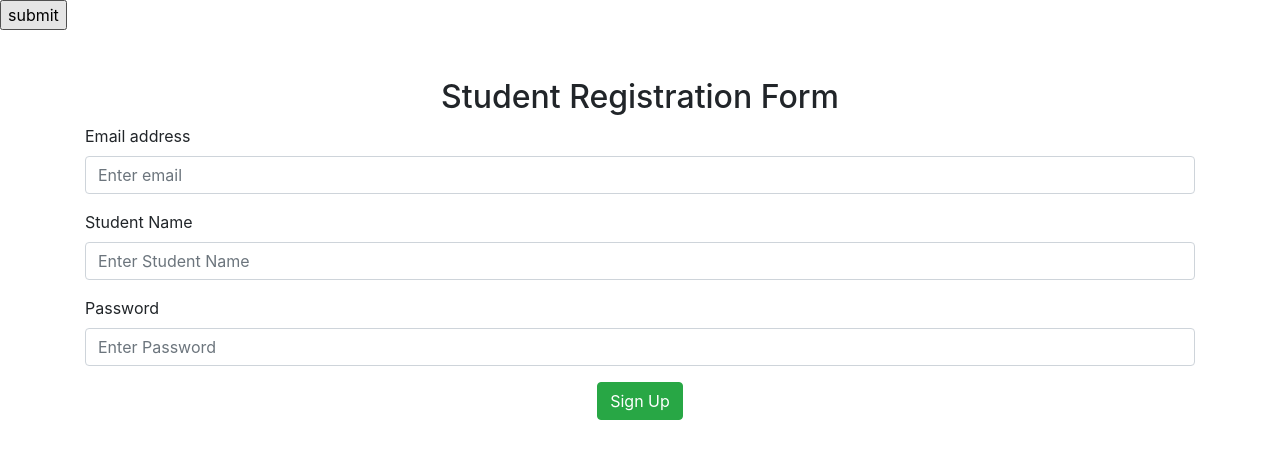
Repository: nksharma514/spring
Page: http://localhost/com.spring.mvc.formRegistration/student
An editor plug-in stored every save of this project. The page is shown before and after the next save, followed by the edit.
The browser window is 1280 px wide. The pictures show the whole page.
Some web libraries are served in a nearby version. The page is served by Tomcat 9. Other server files are loaded and not shown.

Above is the page before, as saved 2023-08-13 21:19:05.

### com.spring.mvc.formRegistration/src/main/webapp/WEB-INF/spring-servlet.xml
<?xml version="1.0" encoding="UTF-8"?>

<beans xmlns="http://www.springframework.org/schema/beans"
	xmlns:xsi="http://www.w3.org/2001/XMLSchema-instance"
	xmlns:context="http://www.springframework.org/schema/context"
	xmlns:util="http://www.springframework.org/schema/util"
	xmlns:p="http://www.springframework.org/schema/p"
	xsi:schemaLocation="http://www.springframework.org/schema/beans
    http://www.springframework.org/schema/beans/spring-beans-3.1.xsd
	http://www.springframework.org/schema/context
	http://www.springframework.org/schema/context/spring-context-3.0.xsd
    http://www.springframework.org/schema/util/
    http://www.springframework.org/schema/util/spring-util.xsd
    http://www.springframework.org/schema/mvc
	http://www.springframework.org/schema/mvc/spring-mvc-3.0.xsd">


	<context:component-scan
		base-package="com.spring.mvc.formRegistration.controller"></context:component-scan>

	<bean
		class="org.springframework.web.servlet.view.InternalResourceViewResolver"
		name="viewResolver">
		<property name="prefix" value="/WEB-INF/views/" />
		<property name="suffix" value=".jsp" />
	</bean>



</beans>

### com.spring.mvc.formRegistration/src/main/webapp/WEB-INF/views/student.jsp
<%@ page language="java" contentType="text/html; charset=ISO-8859-1"
	pageEncoding="ISO-8859-1"%>
<!doctype html>
<html lang="en">
<head>
<!-- Required meta tags -->
<meta charset="utf-8">
<meta name="viewport"
	content="width=device-width, initial-scale=1, shrink-to-fit=no">

<!-- Bootstrap CSS -->
<link rel="stylesheet"
	href="https://cdn.jsdelivr.net/npm/bootstrap@4.0.0/dist/css/bootstrap.min.css"
	integrity="sha384-Gn5384xqQ1aoWXA+058RXPxPg6fy4IWvTNh0E263XmFcJlSAwiGgFAW/dAiS6JXm"
	crossorigin="anonymous">

<title>Hello, world!</title>
</head>
<body>
<!-- 	<from action="/processform" method="post"> -->

<form action="<%=request.getContextPath() %>/processform" method="post">
<input type="submit" value="submit">



	<div class="container mt-5">

		<h2 class="text-center">Student Registration Form</h2>

		<div class="form-group">
			<label for="exampleInputEmail1">Email address</label>
			<input
				type="email"
				class="form-control"
				id="exampleInputEmail1"
				aria-describedby="emailHelp"
				placeholder="Enter email"
				name = "email">
		</div>

		<div class="form-group">
			<label for="studentName">Student Name</label>
			<input type="text"
				class="form-control"
				id="studentname"
				aria-describedby="studentNameHelp"
				placeholder="Enter Student Name"
				name = "name">
		</div>


		<div class="form-group">
			<label for="studentPassword">Password</label>
			<input type="password"
				class="form-control"
				id="studentPassword"
				aria-describedby="studentPasswordHelp"
				placeholder="Enter Password"
				name = "password">
		</div>


		<div class="container text-center">
			<button type="Submit" class="btn btn-success">Sign Up</button>
		</div>




	</div>


	</from>

	<!-- Optional JavaScript -->
	<!-- jQuery first, then Popper.js, then Bootstrap JS -->
	<script src="https://code.jquery.com/jquery-3.2.1.slim.min.js"
		integrity="sha384-KJ3o2DKtIkvYIK3UENzmM7KCkRr/rE9/Qpg6aAZGJwFDMVNA/GpGFF93hXpG5KkN"
		crossorigin="anonymous"></script>
	<script
		src="https://cdn.jsdelivr.net/npm/popper.js@1.12.9/dist/umd/popper.min.js"
		integrity="sha384-ApNbgh9B+Y1QKtv3Rn7W3mgPxhU9K/ScQsAP7hUibX39j7fakFPskvXusvfa0b4Q"
		crossorigin="anonymous"></script>
	<script
		src="https://cdn.jsdelivr.net/npm/bootstrap@4.0.0/dist/js/bootstrap.min.js"
		integrity="sha384-JZR6Spejh4U02d8jOt6vLEHfe/JQGiRRSQQxSfFWpi1MquVdAyjUar5+76PVCmYl"
		crossorigin="anonymous"></script>
</body>
</html>

### com.spring.mvc.formRegistration/src/main/java/com/spring/mvc/formRegistration/controller/StudentController.java
package com.spring.mvc.formRegistration.controller;

import org.springframework.stereotype.Controller;
import org.springframework.ui.Model;
import org.springframework.web.bind.annotation.PathVariable;
import org.springframework.web.bind.annotation.RequestBody;
import org.springframework.web.bind.annotation.RequestMapping;
import org.springframework.web.bind.annotation.RequestMethod;
import org.springframework.web.bind.annotation.RequestParam;

@Controller
public class StudentController {

	@RequestMapping("/student")
	public String studentController() {
		System.out.println("Student Controller");
		return "student";
	}


	@RequestMapping(value = "processform", method = RequestMethod.POST)
	public String formController
			(
				@RequestParam("email") String studentEmail,
				@RequestParam("name") String StudentName,
				@RequestParam("password") String StudentPassword,
				Model model
			){

		System.out.println("User Email is " + studentEmail);
		System.out.println("User Name is " + StudentName);
		System.out.println("User Password is " + StudentPassword);

		model.addAttribute("email1", studentEmail);
		model.addAttribute("name1", StudentName);
		model.addAttribute("pass", StudentPassword);

		return "success";
	}

}

After the next save:
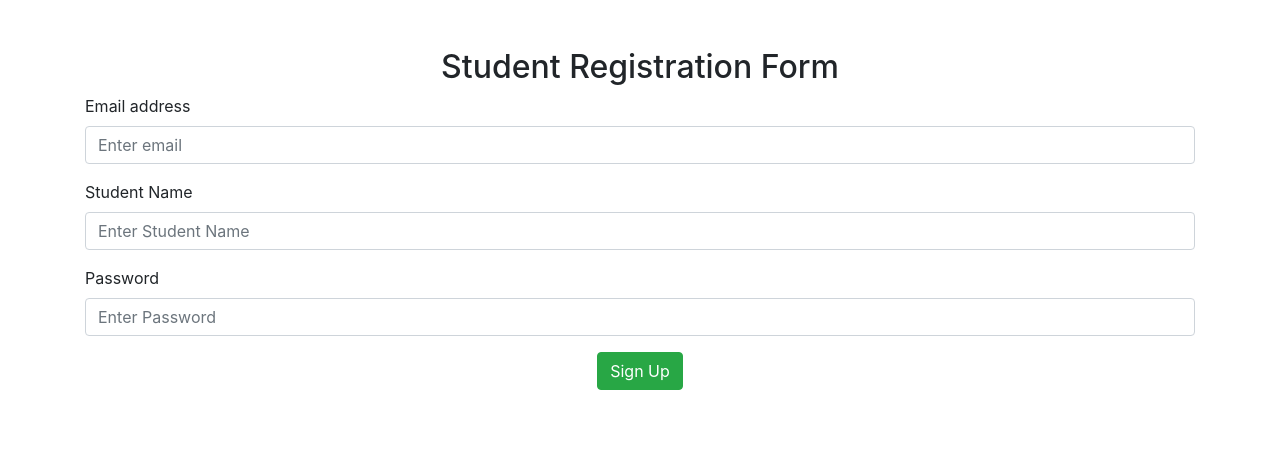
Saved 40 s later.
--- a/com.spring.mvc.formRegistration/src/main/webapp/WEB-INF/views/student.jsp
+++ b/com.spring.mvc.formRegistration/src/main/webapp/WEB-INF/views/student.jsp
@@ -20,7 +20,7 @@
 <!-- 	<from action="/processform" method="post"> -->
 
 <form action="<%=request.getContextPath() %>/processform" method="post">
-<input type="submit" value="submit">
+<!-- <input type="submit" value="submit">  -->
 
 
 
